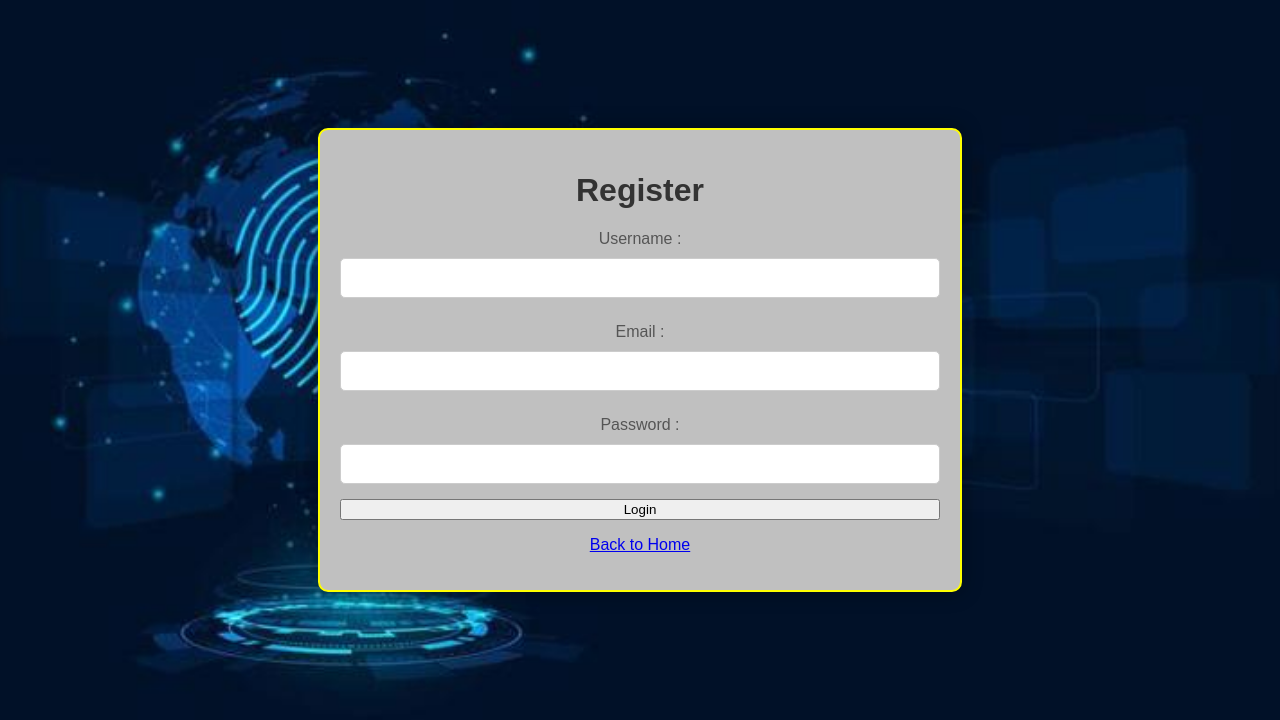
Repository: Rajivkumar2023/java-practice
Page: http://localhost/Login-Registration/register.jsp
The author's editor kept a copy of each file at every save. The page is drawn from the files as they stood at one save, then again after the next save.
The browser window is 1280 px wide. The pictures show the whole page.
The page is served by Tomcat 10. Other server files are loaded and not shown.

Above is the page before, as saved 2024-07-31 11:09:44.

### Login-Registration/src/main/webapp/register.jsp
<%@ page language="java" contentType="text/html; charset=UTF-8"
    pageEncoding="UTF-8"%>
<!DOCTYPE html>
<html>
<head>
<meta charset="UTF-8">
<title>Register</title>
<link rel="stylesheet" type="text/css" href="register.css">
</head>
<body>
<div class="container">
<h1>Register</h1>
<form action="loginServlet" method="post">
	<label for="username">Username : </label>
	<input type="text" id="username" name="username" required> <br>
	<label for="email">Email :</label>
	<input type="email" id="email" name="email" required> <br>
	<label for="password">Password : </label>
	<input type="password" id="password" name="password" required> <br>
	<button type="submit">Login</button>
</form>

<p><a href="index.html">Back to Home</a>
</body>
</html>

### Login-Registration/src/main/webapp/register.css
@charset "UTF-8";
body{
	align-items:center;
	background-color:#BEFD6C;
	font-family:'Arial', sans-sarif;
	justify-content:center;
	height:100vh;
	margin:0;
	background-color:#BEFD6C;
	background-image:url('background_img.jpg');
	background-size:cover;
	background-position:center center;
	background-repeat: no-repeat;
	color:#333;
	display:flex;
	flex-direction:column;
}
.container{
	width:600px;
	padding:20px;
	border-radius:10px;
	box-shadow: 0 0 20px rgba(0,0,1,0.4);
	background-color:#c0c0c0;
	text-align:center;
	border:2px solid yellow;

}
h1{
	font-weight:bold;
	text-align:center;
	color:#333;
}
label{
	display:block;
	margin:10px 0;
	color:#555;
}
input{
	width:100%;
	padding:10px;
	margin-bottom:15px;
	box-sizing:border-box;
	border:1px solid #ccc;
	border-radius:5px;
	font-size:16px;
}
button{
	width:100%;
	padding;
}

After the next save:
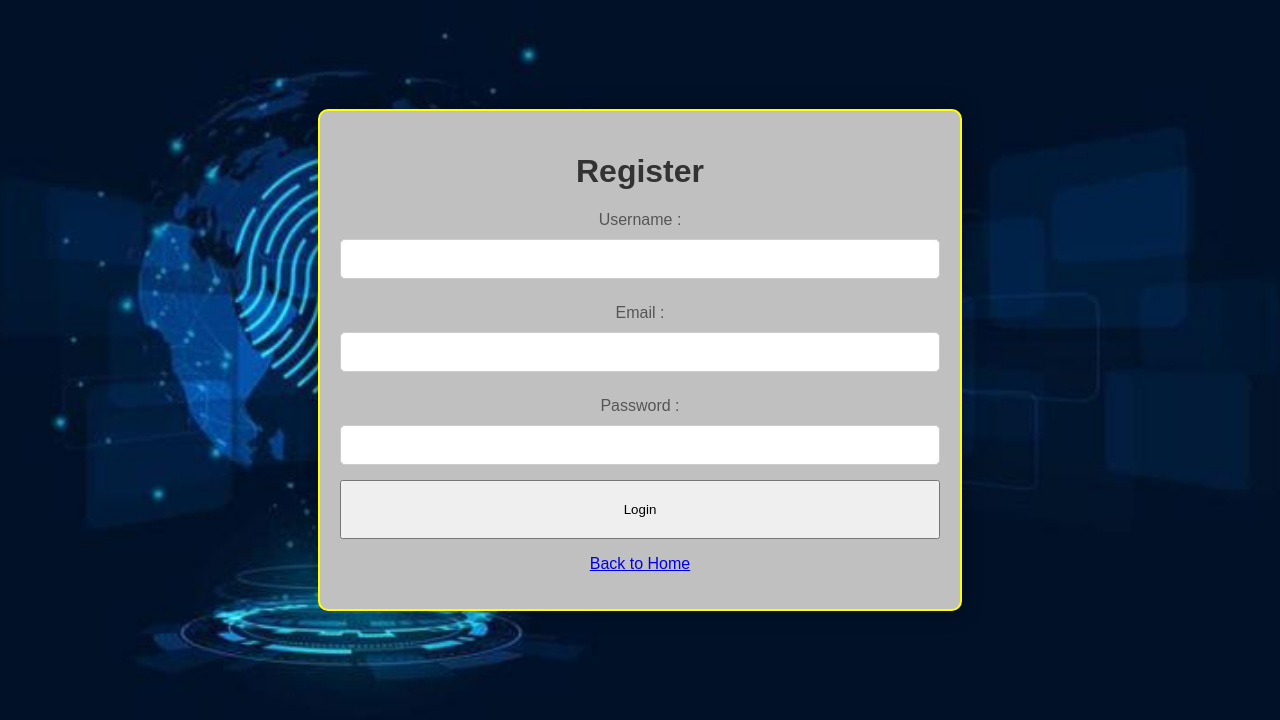
Saved 17 h 2 min later.
--- a/Login-Registration/src/main/webapp/register.css
+++ b/Login-Registration/src/main/webapp/register.css
@@ -46,5 +46,5 @@ input{
 }
 button{
 	width:100%;
-	padding;
+	padding:20px;
 }
